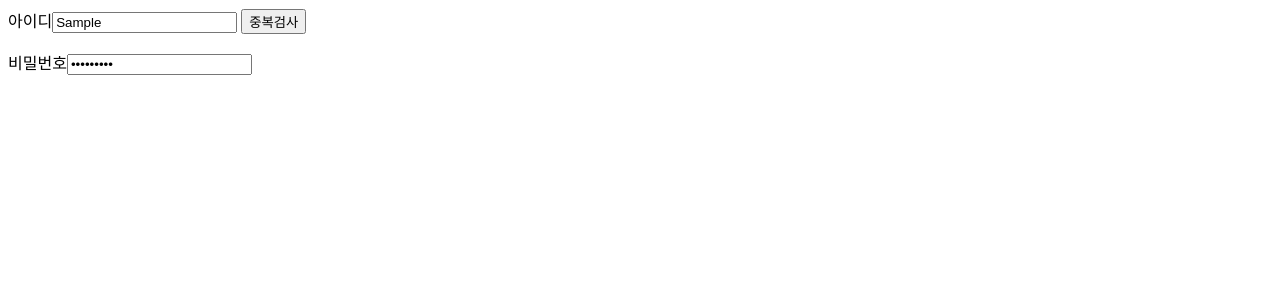
Repository: zoselakt/My_practice_JSP
Page: http://localhost/day07/join.jsp
An editor plug-in stored every save of this project. The page is shown before and after the next save, followed by the edit.
The browser window is 1280 px wide. The pictures show the whole page.
Empty fields were first filled with sample values (such as "Sample", 5 or name@example.com).
After loading, the first visible `input[onclick="checkId()"]` was clicked once.
The page is served by Tomcat 9.

Above is the page before, as saved 2022-02-28 13:22:05.
Console error: ReferenceError: responseText is not defined

### day07/WebContent/join.jsp
<%@ page language="java" contentType="text/html; charset=UTF-8"
    pageEncoding="UTF-8"%>
<!DOCTYPE html>
<html>
<head>
<meta charset="UTF-8">
<title> 회원가입 </title>
</head>
<body>
	<form action="">
		아이디<input type="text" name="id" id="id">
		<input type="button" onclick="checkId()" value="중복검사">
		<p id="check"></p>
		비밀번호<input type="password" name="pw">
	</form>
</body>
	<script>
		function checkId() {
			let id = document.getElementById("id").value;
			let p = document.getElementById("check");

			var xhr = new XMLHttpRequest();

			xhr.open("POST", "request_ajax.jsp", true);
			xhr.setRequestHeader("Content-Type", "application/x-www-form-urlencoded");
			xhr.send("id=" + id);

			xhr.onreadystatechange = function(){
				if(xhr.readyState == XMLHttpRequest.DONE && xhr.status == 200){
					if(responseText.trim() == '성공'){
						p.innerHTML = "사용가능한 아이디 입니다.";
					}else{
						p.innerHTML = "중복된 아이디입니다.";
					}
				}
			}
		}

	</script>
</html>

### day07/WebContent/request_ajax.jsp

 <%--
<%
	out.print(request.getParameter("city"));
	out.print(request.getParameter("zipcode"));
%>
  --%>


 <%
 	out.println(request.getParameter("city"));
 	out.println(request.getParameter("zipcode"));
 %>

After the next save:
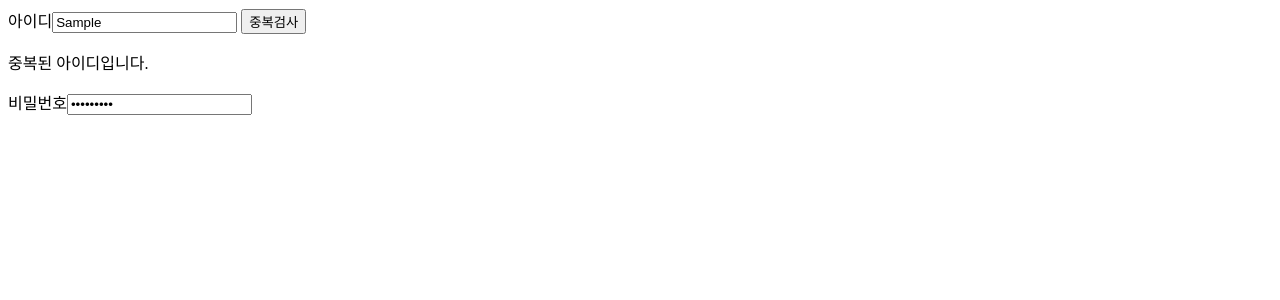
The error is gone.
Saved 34 s later.
--- a/day07/WebContent/join.jsp
+++ b/day07/WebContent/join.jsp
@@ -27,7 +27,7 @@
 
 			xhr.onreadystatechange = function(){
 				if(xhr.readyState == XMLHttpRequest.DONE && xhr.status == 200){
-					if(responseText.trim() == '성공'){
+					if(xhr.responseText.trim() == '성공'){
 						p.innerHTML = "사용가능한 아이디 입니다.";
 					}else{
 						p.innerHTML = "중복된 아이디입니다.";
